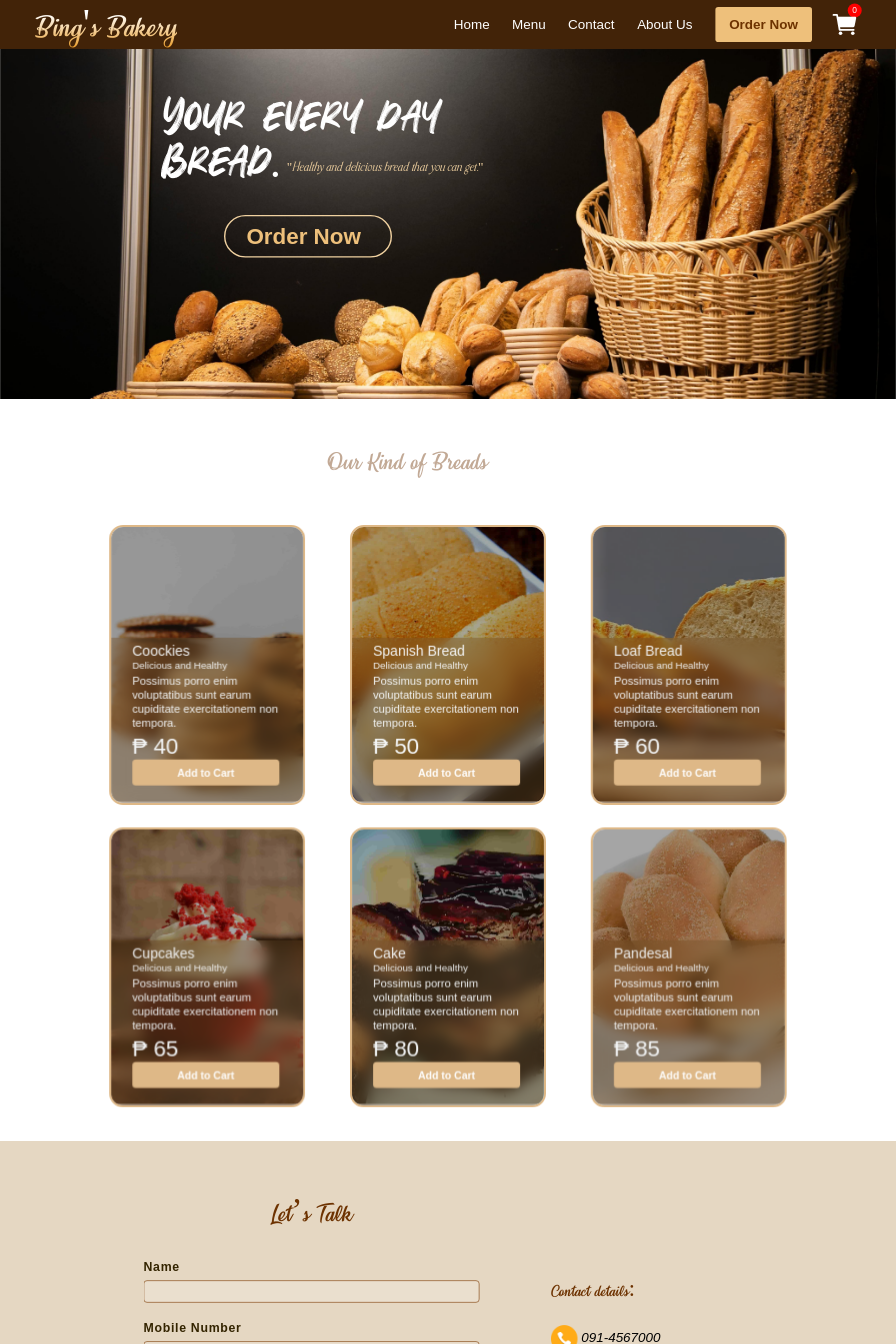
Repository: RodFoyagan/Bing-s-Bakery
Page: index.html
An editor plug-in stored every save of this project. The page is shown before and after the next save, followed by the edit.
The browser window is 1280 px wide. The pictures show the part of the page from y = 0 to 1920 px (the page is 4514 px tall), at 70% of full size.

Above is the page before, as saved 2024-11-24 00:49:29.
Console error: ReferenceError: emailjs is not defined

After the next save:
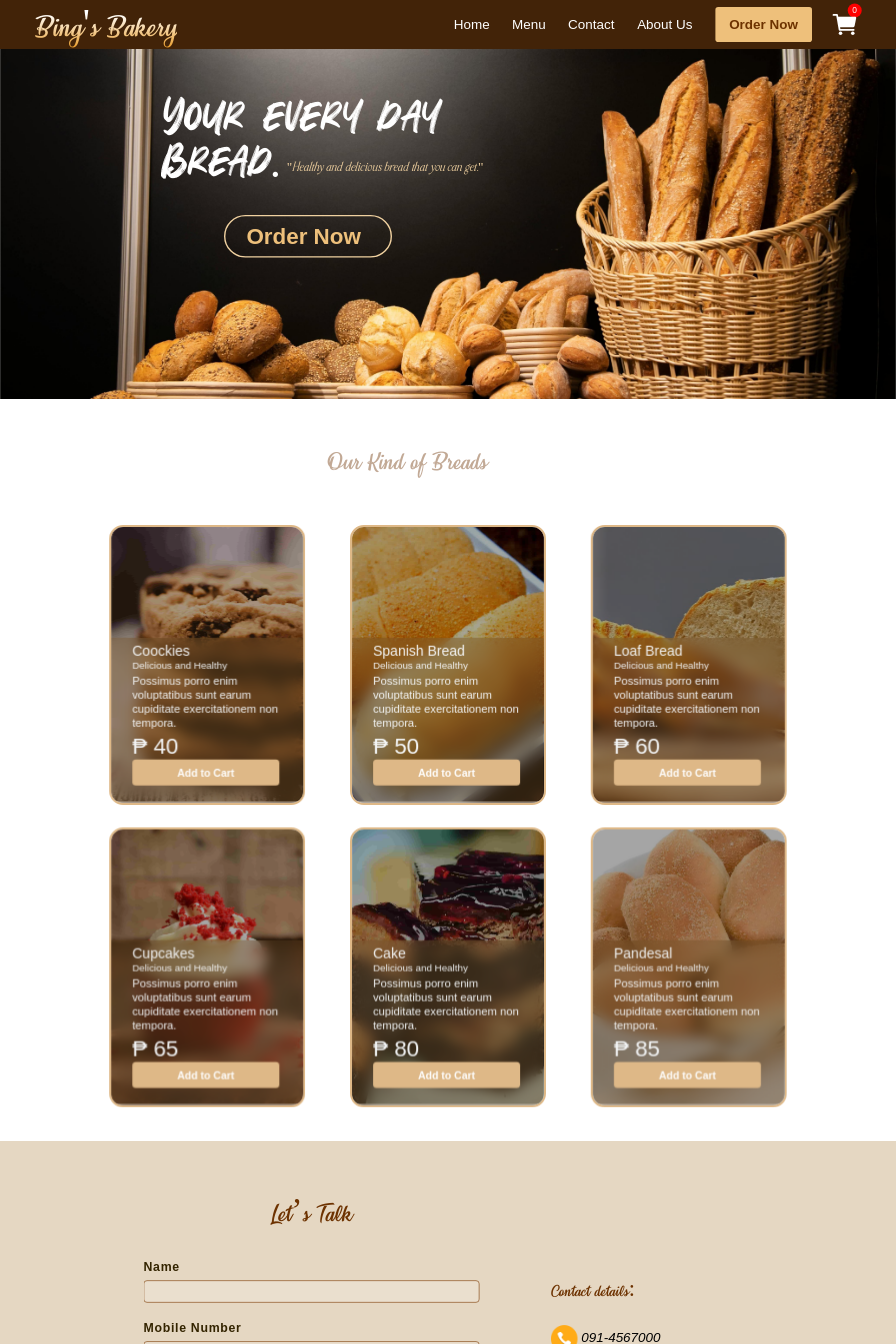
Saved 7 min 50 s later.
--- a/index.html
+++ b/index.html
@@ -108,7 +108,7 @@
                 </div>
                 <div class="body">
                     <div class="bread">
-                        <img src="images/coockies2-min.jpg" class="bread-img" alt="">
+                        <img src="images/coockies-min.jpg" class="bread-img" alt="">
                         <div class="bread-body">
                             <!-- <h2 class="alert">Click Me.</h2> -->
                             <h1 class="bread-title">Coockies</h1>
